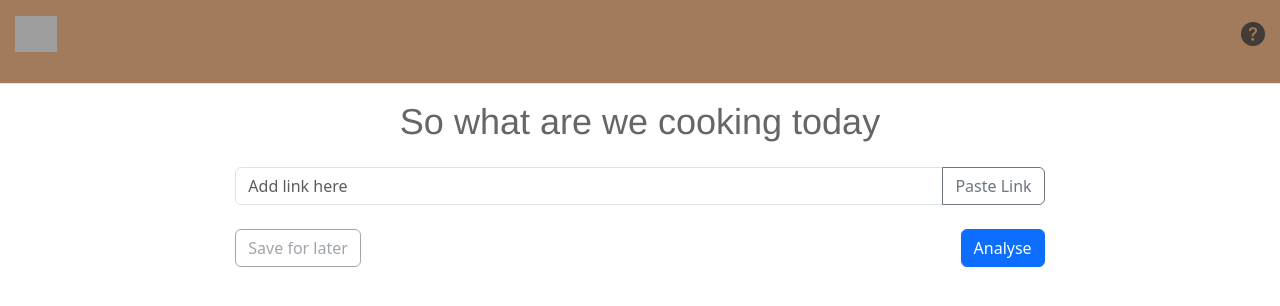
Repository: devashrisamani/SMC
Page: url.html
An editor plug-in stored every save of this project. The page is shown before and after the next save, followed by the edit.
The browser window is 1280 px wide. The pictures show the whole page.
Pictures or frames that could not be fetched are drawn as grey boxes.

Above is the page before, as saved 2024-10-09 17:41:23.

### url.html
<!DOCTYPE html>
<html lang="en">
  <head>
    <meta charset="UTF-8" />
    <meta name="viewport" content="width=device-width, initial-scale=1.0" />
    <link
      href="https://cdn.jsdelivr.net/npm/bootstrap@5.3.0-alpha1/dist/css/bootstrap.min.css"
      rel="stylesheet"
    />
    <link
      href="https://cdn.jsdelivr.net/npm/bootstrap-icons/font/bootstrap-icons.css"
      rel="stylesheet"
    />
    <link rel="stylesheet" href="styles.css" />
    <title>What Are We Cooking Today</title>
    <style>
      /* Inline style for the header background color */
      header {
        background-color: #a27b5c; /* New header color */
      }
    </style>
  </head>
  <body>
    <!-- Header -->
    <header class="container-fluid border-bottom py-3">
      <div class="d-flex justify-content-between align-items-center">
        <!-- Logo -->
        <div>
          <img src="img/logomark.svg" alt="Logo" class="logo" />
        </div>

        <!-- Help Icon -->
        <div>
          <i class="bi bi-question-circle-fill fs-4 text-muted"></i>
        </div>
      </div>
    </header>

    <!-- Main Content -->
    <section class="container-fluid py-3">
      <div class="row position-relative">
        <!-- URL Input Section -->
        <div class="col-md-8 offset-md-2 text-center">
          <h2 class="header-title mb-4">So what are we cooking today</h2>

          <!-- URL Input -->
          <div class="input-group mb-3">
            <input
              type="text"
              class="form-control"
              placeholder="Add link here"
              aria-label="Recipe URL"
            />
            <button class="btn btn-outline-secondary" type="button">
              Paste Link
            </button>
          </div>

          <!-- Save and Analyze Buttons -->
          <div class="d-flex justify-content-between mt-4">
            <button class="btn btn-outline-secondary disabled" disabled>
              Save for later
            </button>
            <button class="btn btn-primary">Analyse</button>
          </div>
        </div>
      </div>
    </section>

    <script src="https://cdn.jsdelivr.net/npm/bootstrap@5.3.0-alpha1/dist/js/bootstrap.bundle.min.js"></script>
  </body>
</html>

### styles.css
/* Custom styles for the header */
html,
body {
  margin: 0;
  padding: 0;
  overflow-x: hidden; /* Hide horizontal scrolling */
}
header {
  background-color: #a27b5c;
}

.logo {
  width: 42px;
  height: 36px;
}

.bi-question-circle-fill {
  color: #a27b5c;
}

.border-bottom {
  border-color: #eee;
}

/* Title Section */
.header-title {
  font-family: "Calistoga-Regular", Helvetica, sans-serif;
  color: #666666;
  font-size: 36px;
  margin: 0;
}

.retry-btn {
  border-color: #a27b5c;
  color: #a27b5c;
  border-radius: 20px;
}

.retry-btn:hover {
  background-color: #a27b5c;
  color: #fff;
}

.container-fluid {
  max-width: 100vw; /* Ensure it does not exceed the viewport width */
  padding-right: 15px;
  padding-left: 15px;
  box-sizing: border-box;
}

.row {
  margin-right: 0;
  margin-left: 0;
}
/* Styling for the three rectangles */

.rectangle {
  background-color: #f7f3ef;
  padding: 20px;
  /* height: 100%; */
  min-height: 70vh;
}

.items-needed {
  background-color: #f9f4ef;
}

.cooking {
  background-color: #f2eee9;
  text-align: center;
}

.serving {
  background-color: #eae2db;
  text-align: center;
}

/* Title and Text Styles */
.items-title {
  font-family: "Calistoga-Regular", Helvetica, sans-serif;
  color: #a27b5c;
  font-size: 18px;
  margin-bottom: 15px;
}

.ingredients-list .list-group-item {
  border: none;
  border-radius: 10px;
  background-color: #fff;
  margin-bottom: 10px;
  font-family: "DM Sans", sans-serif;
}

.ingredients-list .list-group-item strong {
  font-size: 18px;
  color: #666666;
}

.ingredients-list .list-group-item p {
  font-size: 14px;
  color: #999999;
}

/* Add Ingredient Button */
.add-ingredient {
  color: #a27b5c;
  font-weight: bold;
  text-decoration: none;
}

.cooking h5,
.serving h5 {
  font-family: "Calistoga-Regular", Helvetica, sans-serif;
  font-size: 18px;
  color: #a27b5c;
}

.cooking p,
.serving p {
  font-family: "DM Sans", sans-serif;
  font-size: 14px;
  color: #999999;
}

/* Flexbox for the title and button alignment */
.d-flex {
  display: flex;
  justify-content: space-between;
  align-items: center;
  margin-bottom: 15px;
}

.proceed-btn-wrapper {
  position: absolute;
  bottom: 30px;
  left: 50%;
  transform: translateX(20%);
  width: 100%; /* Ensure it's 100% of its parent, not wider */
  max-width: 300px; /* Prevent it from getting too large */
  overflow: hidden;
}

.proceed-btn {
  width: 100%;
  max-width: 300px;
  background-color: #a27b5c;
  color: #fff;
  border-radius: 50px;
  font-size: 16px;
  padding: 10px 40px;
  border: none;
}

.proceed-btn:hover {
  background-color: #8c6649;
  color: #fff;
}

After the next save:
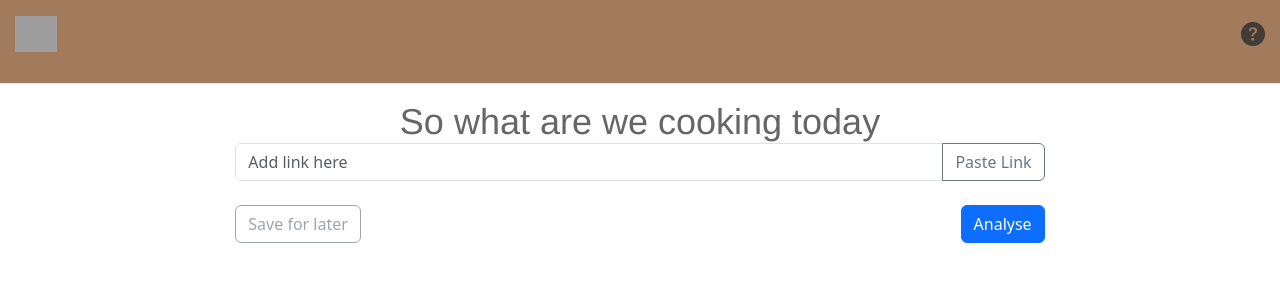
Saved 114 s later.
--- a/url.html
+++ b/url.html
@@ -41,7 +41,7 @@
       <div class="row position-relative">
         <!-- URL Input Section -->
         <div class="col-md-8 offset-md-2 text-center">
-          <h2 class="header-title mb-4">So what are we cooking today</h2>
+          <h1 class="header-title">So what are we cooking today</h1>
 
           <!-- URL Input -->
           <div class="input-group mb-3">
